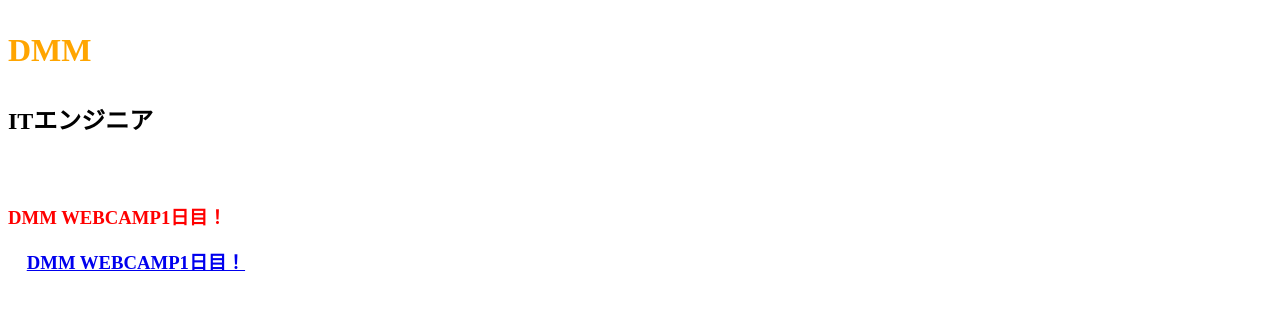
Repository: sunny0105yoko/bookers2-debug
Page: sample/sample.html
The author's editor kept a record of every edit. The page is drawn from the files as they stood at one moment, then again after the next edit.
The browser window is 1280 px wide. The pictures show the whole page.

Above is the page before.

### sample/sample.html
<!DOCTYPE HTML>
<html lang="ja">
  <head>
    <meta charset="UTF-8" />
    <title>初めてのHTML</title>

    <link rel="stylesheet" href="style.css" />
  <body>
    <h1>
    <p class="word-orange">DMM</p>
    </h1>
    <h2>ITエンジニア</h2>
    <h3>
  　<p class="word-red">DMM WEBCAMP1日目！</p>
  　<a href="https://web-camp.online/lesson/curriculums/283/contents/2646">DMM WEBCAMP1日目！</a>
    </h3>


</html>

### sample/style.css
.word-red {
  color: red;
}
.word-orange {
  color: orange;
}

After the next edit:
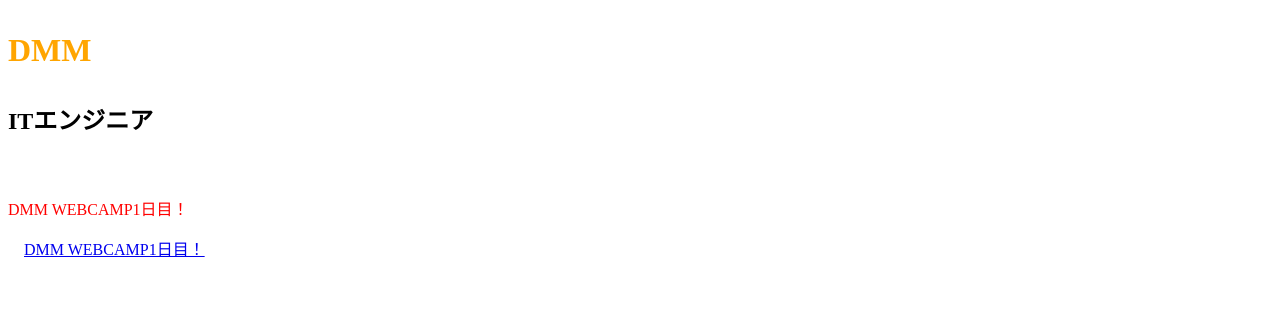
The edit:
--- a/sample/sample.html
+++ b/sample/sample.html
@@ -10,10 +10,8 @@
     <p class="word-orange">DMM</p>
     </h1>
     <h2>ITエンジニア</h2>
-    <h3>
   　<p class="word-red">DMM WEBCAMP1日目！</p>
   　<a href="https://web-camp.online/lesson/curriculums/283/contents/2646">DMM WEBCAMP1日目！</a>
-    </h3>
 
 
 </html>
